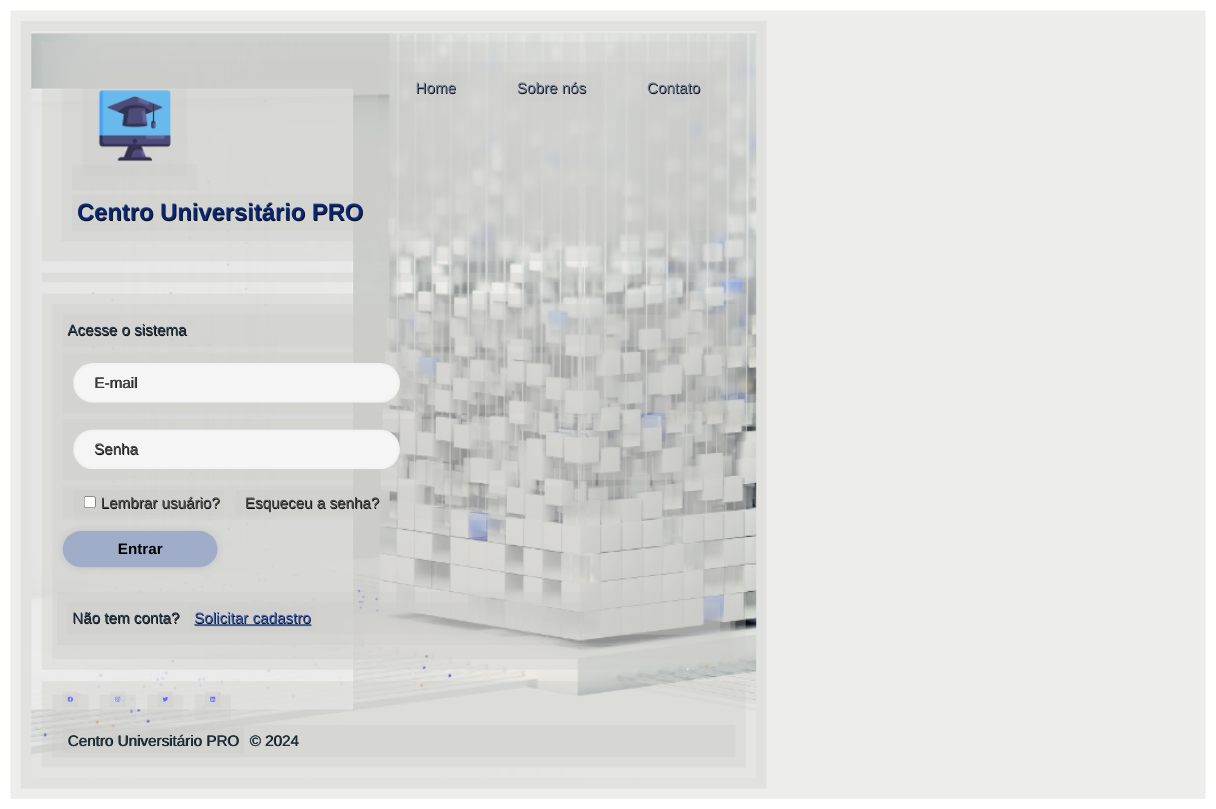
Repository: DanuziaRA/Cadastros-de-Usuarios
Page: /
These files come from the project's save history. The page is drawn as it stood at one moment and after a run of saves; the edit follows.
The browser window is 1280 px wide. The pictures show the whole page, at 95% of full size.
The project was rebuilt for these pictures with package versions that can differ from the ones it lists, and the page was loaded fresh each time. Also part of the build but not shown: vite.config.js, src/components/Footer.css, src/router/Contact.jsx, src/router/ErrorPage.jsx, src/router/ContactDetails.jsx, src/router/Company.jsx, src/router/Forget.jsx, src/router/Cadastro.jsx.

Above is the page before, as saved 2024-10-01 12:38:54.

After the next 10 saves:
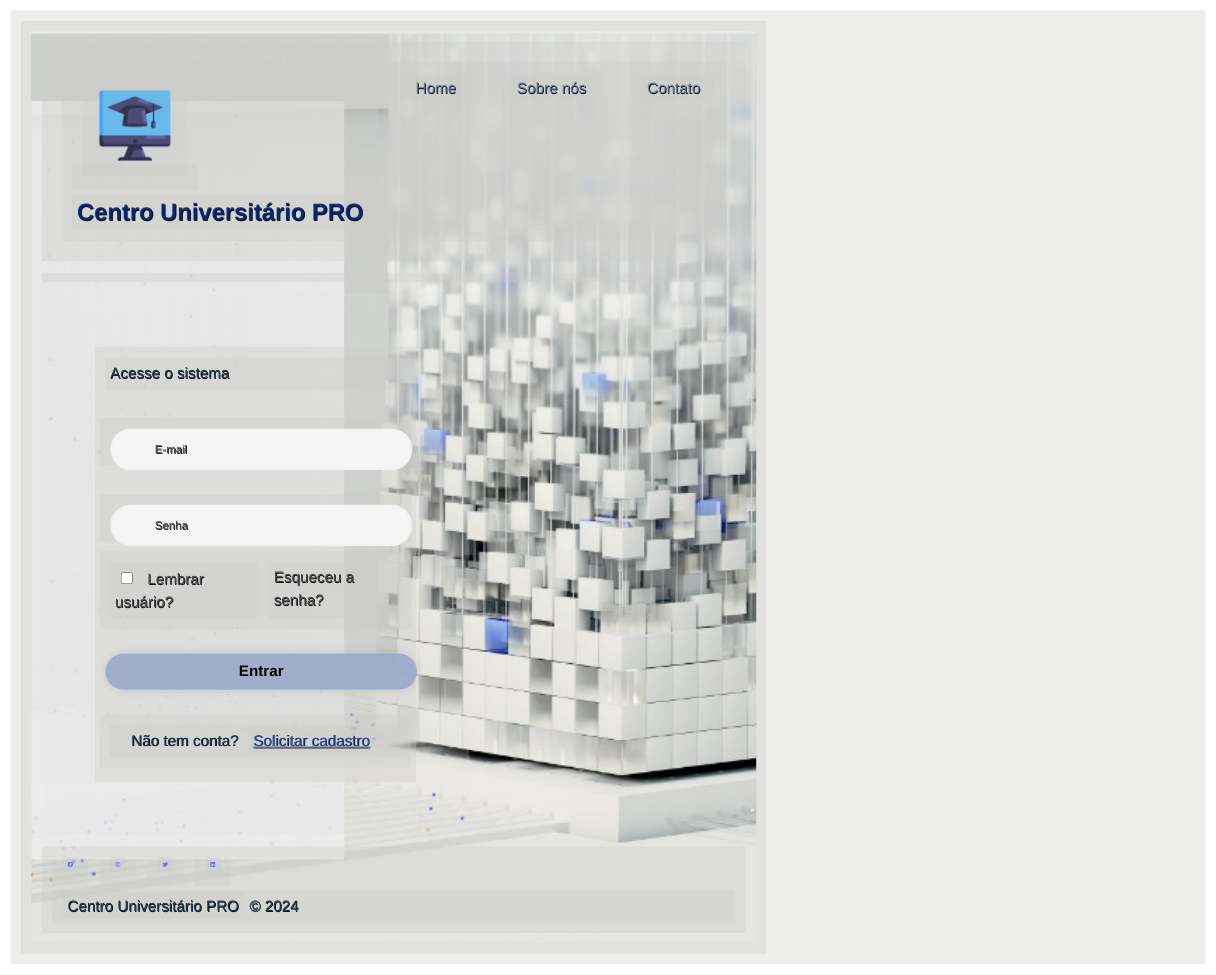
The 10 saves are shown as one change because 3 did not build or start and some came seconds apart.
The last was saved 41 s later.
--- a/src/main.jsx
+++ b/src/main.jsx
@@ -11,6 +11,7 @@ import {createBrowserRouter, RouterProvider,Navigate} from 'react-router-dom';
   import Login from './router/Login.jsx';
   import Company from './router/Company.jsx';
   import Forget from './router/Forget.jsx';
+  import Cadastro from './router/Cadastro.jsx';
 
 
   const router = createBrowserRouter([
@@ -42,7 +43,7 @@ import {createBrowserRouter, RouterProvider,Navigate} from 'react-router-dom';
         },
         {
           path: "cadastro",
-          element: <Forget />,
+          element: <Cadastro />,
         },
         //Navigate para página não existentes
         {
